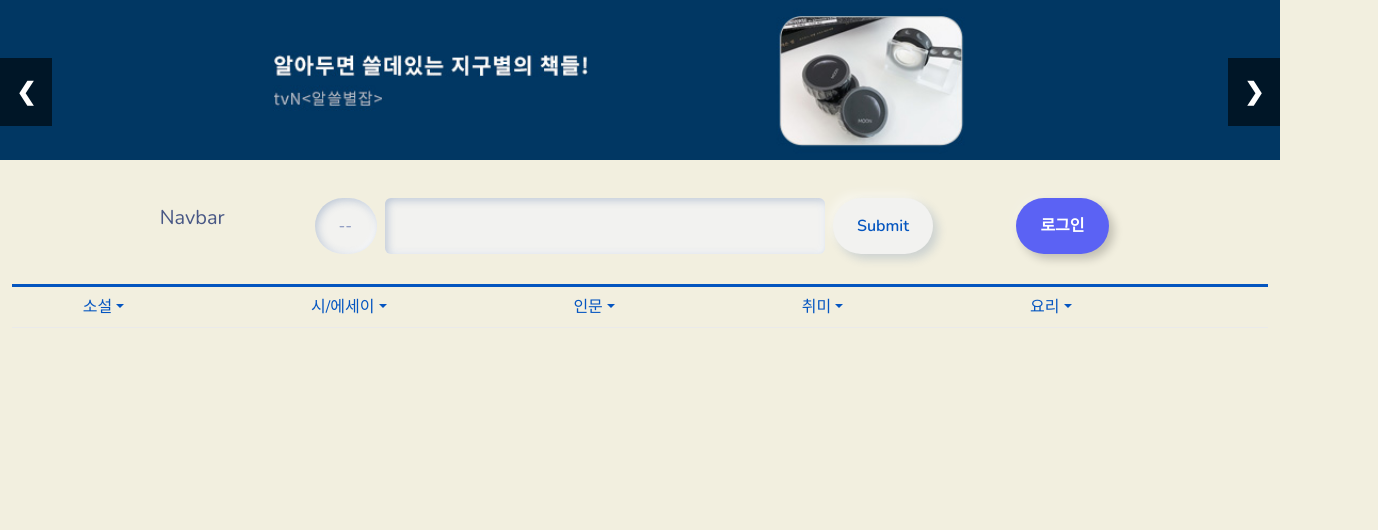
Repository: BusyGuy00/SpringworkspaceStudy
Page: http://localhost/a_manager/WEB-INF/views/product/list.jsp
The author's editor kept a copy of each file at every save. The page is drawn from the files as they stood at one save, then again after the next save.
The browser window is 1280 px wide. The page is 1378 px wide, so the pictures cover 1378 px, including what lies to the right of the window. The pictures show the whole page.
The page is served by Tomcat 9. Nobody is signed in. The template is opened directly, without the code that normally fills it, so the values that code supplies are empty.

Above is the page before, as saved 2023-09-08 00:32:59.

After the next save:
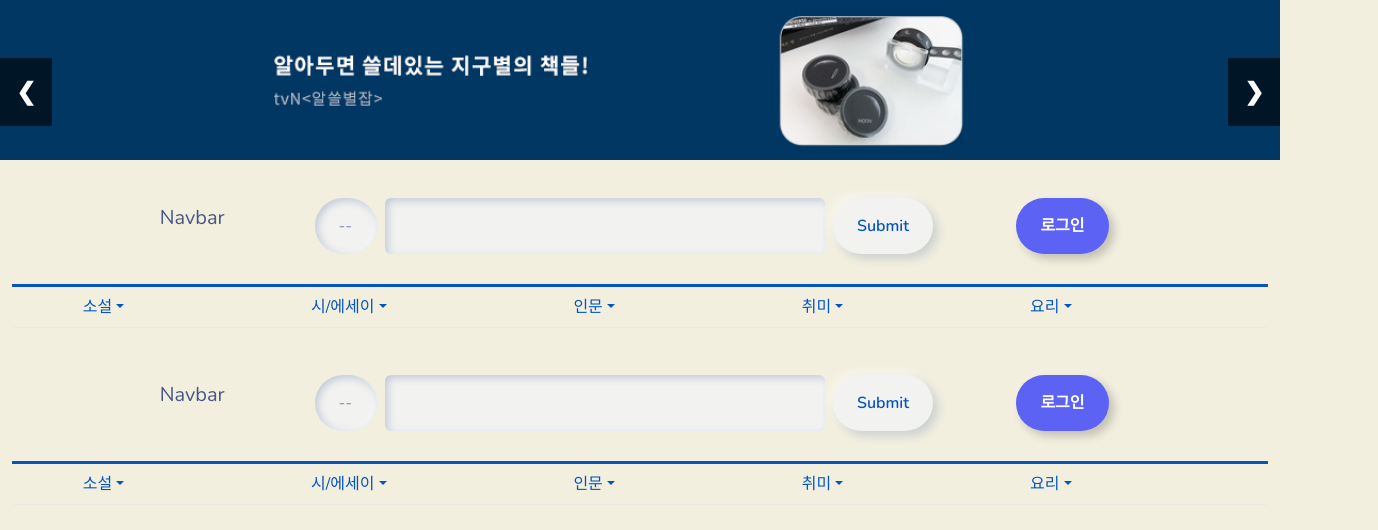
Saved 20 s later.
--- a/a_manager/src/main/webapp/WEB-INF/views/product/list.jsp
+++ b/a_manager/src/main/webapp/WEB-INF/views/product/list.jsp
@@ -57,6 +57,7 @@
 	</form>
 
 </div>
+<%@ include file="../include/header.jsp" %>
 <script src="https://ajax.googleapis.com/ajax/libs/jquery/3.6.0/jquery.min.js"></script>
 <script>
 var slideIndex = 0;
